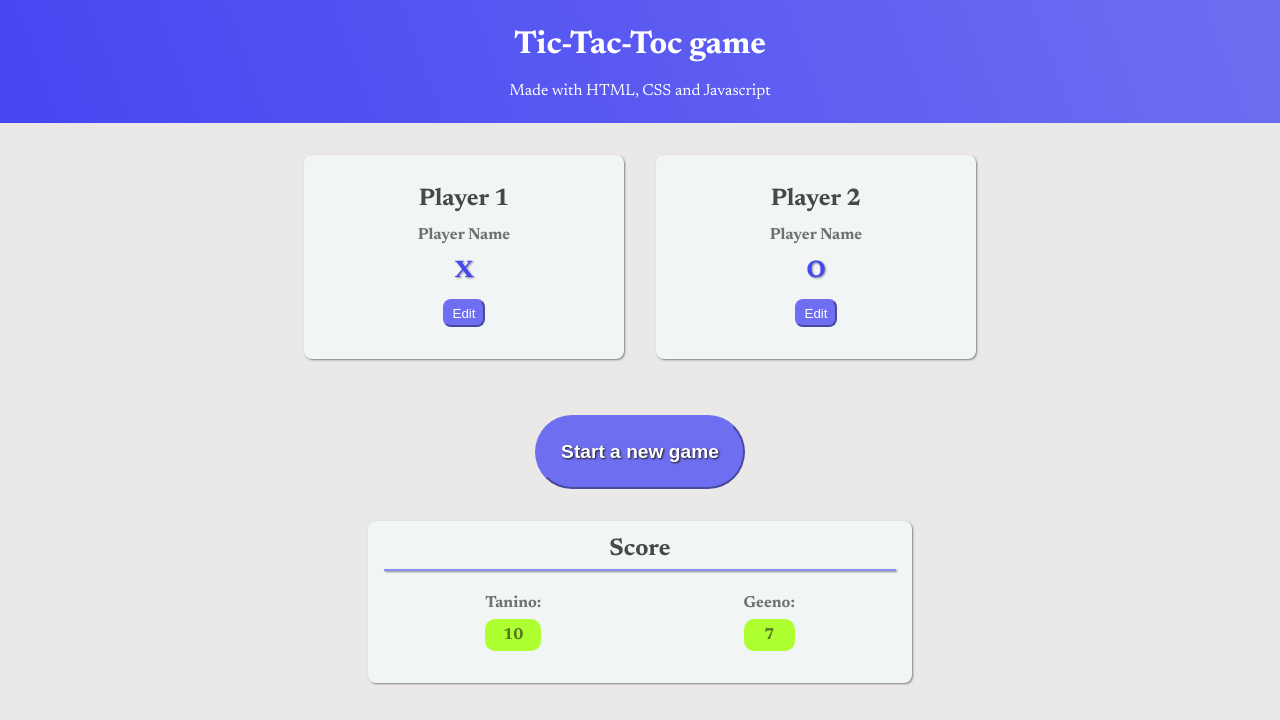
Repository: MicTomm/Tic-tac-toe-game
Page: index.html
These files come from the project's save history. The page is drawn as it stood at one moment and after the next save; the edit follows.
The browser window is 1280 px wide. The pictures show the whole page.

Above is the page before, as saved 2023-06-26 20:22:49.

### index.html
<!DOCTYPE html>
<html lang="en">

<head>
    <meta charset="UTF-8">
    <meta name="viewport" content="width=device-width, initial-scale=1.0">
    <title>Tic-Tac-Toe</title>
    <link rel="preconnect" href="https://fonts.googleapis.com">
    <link rel="preconnect" href="https://fonts.gstatic.com" crossorigin>
    <link href="https://fonts.googleapis.com/css2?family=Newsreader:wght@400;700&display=swap" rel="stylesheet">
    <link href="/styles/styles.css" rel="stylesheet">
    <link href="/styles/overlay.css" rel="stylesheet">
    <link href="/styles/game-configuration.css" rel="stylesheet">
    <link href="/styles/game-execution.css" rel="stylesheet">
    <script src="/scripts/configuration.js" defer></script>
    <script src="/scripts/game.js" defer></script>
    <script src="/scripts/app.js" defer></script>
</head>

<body>
    <div id="back-drop"></div>
    <header id="main-header">
        <h1>Tic-Tac-Toc game</h1>
        <p>Made with HTML, CSS and Javascript</p>
    </header>
    <main>
        <aside id="aside-container">
            <header id="id=" aside-header>
                <h2>Chose your name</h2>
            </header>
            <form>
                <div id="aside-input-container">
                    <label for="choosing-player-name" id="choosing-player-name-label">Player name</label>
                    <input type="text" id="choosing-player-name" name="player-name" required>
                    <div id="input-validation-error-container">
                        <svg xmlns="http://www.w3.org/2000/svg" fill="none" viewBox="0 0 24 24" stroke-width="1.5"
                            stroke="currentColor" class="w-6 h-6">
                            <path stroke-linecap="round" stroke-linejoin="round"
                                d="M12 9v3.75m9-.75a9 9 0 11-18 0 9 9 0 0118 0zm-9 3.75h.008v.008H12v-.008z" />
                        </svg>
                        <p id="input-validation-error"></p>
                    </div>

                </div>
                <div id="aside-buttons-container">
                    <button type="button" class="btn alternative-btn" id="cancel-btn">
                        Cancel
                    </button>
                    <button type="submit" class="btn">Confirm</button>
                </div>
            </form>
        </aside>
        <section id="game-configuration">
            <div id="game-configuration-container">
                <article>
                    <div id="player1-container">
                        <h2>Player 1</h2>
                        <p id="player1-name">Player Name</p>
                        <p class="symbol">X</p>
                        <button id="edit-p1-btn" class="btn" data-playerid="1">Edit</button>
                    </div>
                </article>
                <article>
                    <div id="player2-container">
                        <h2>Player 2</h2>
                        <p id="player2-name">Player Name</p>
                        <p class="symbol">O</p>
                        <button id="edit-p2-btn" class="btn" data-playerid="2">Edit</button>
                    </div>
                </article>
            </div>
            <div id="start-game-container">
                <button type="button" id="start-game-btn" class="btn">Start a new game</button>
            </div>
        </section>

        <div id="score-container">

            <h2>Score</h2>
            <hr>
            <div id="score-players-div">
                <div id="p1-score">
                    <p>Tanino: <span>10</span></p>
                </div>
                <div id="p2-score">
                    <p>Geeno: <span>7</span></p>
                </div>
            </div>
        </div>
        <section id="game-execution">



            <article id="game-over">
                <h2>You won, <span id="winner-player-name">PLAYER NAME</span>!</h2>
                <p>Click the "Start New Game" button above, to start a new game!</p>
            </article>

            <p id="p-turn">It's your turn <span id="active-player-name">PLAYER NAME</span> !</p>
            <ol id="game-board">
                <li value="1"></li>
                <li value="2"></li>
                <li value="3"></li>

                <li value="4"></li>
                <li value="5"></li>
                <li value="6"></li>

                <li value="7"></li>
                <li value="8"></li>
                <li value="9"></li>
            </ol>
        </section>
        </section>
    </main>

</body>

</html>

### styles/styles.css
body {
    margin: 0;
    background-color: rgb(235, 232, 232);
    font-family: 'Newsreader', serif;
    color: rgb(27, 27, 27);
}

h2 {
    margin: 0rem;
    color: rgb(27, 27, 27, 0.8);
    text-shadow: .5px .5px 1px rgba(255, 255, 255, 0.5);
}

#main-header {
    background: linear-gradient(70deg, rgb(70, 70, 242), rgb(110, 110, 241));
    color: white;
    padding: 0.5rem 5%;
    text-align: center;
}

.btn {
    background-color: rgb(110, 110, 241);
    border-color: rgb(110, 112, 241);
    color: white;
    border-radius: 8px;
    padding: 0.3rem 0.5rem;
    cursor: pointer;
}

.alternative-btn {
    background-color: rgb(223, 223, 239);
    border-color: transparent;
    color: rgb(27, 27, 27);
    margin: 0.5rem;
}

.btn:hover {
    background-color: rgb(127, 127, 233);
    box-shadow: 1px 1px 2px rgb(27, 27, 27);
}

.alternative-btn:hover {
    background-color: rgb(210, 210, 235);
    border-color: rgb(205, 205, 233);
}

aside h2,
aside label {
    color: rgb(110, 110, 241);
    text-shadow: .5px .5px 1px rgb(27, 27, 27, 0.5);
}

form label {
    display: block;
    margin-bottom: .5rem;
}

form input {
    padding: .3rem;
    border-color: transparent;
    border-radius: 8px;
    font-family: inherit;
}

form input:hover,
form input:focus {
    outline: rgb(110, 110, 241) auto 1px;
}

form #aside-buttons-container {
    display: flex;
    flex-flow: row;
    justify-content: center;
    align-items: center;
    margin: .5rem;
}

### styles/overlay.css
#aside-container {
text-align: center;
    background-color: rgb(241, 245, 245);
    width: 90%;
    margin: 0rem auto;
    border-radius: .6rem;
    padding: .5rem 0rem;
    position: fixed;
    top: 25%;
    left: 5%;
    display: none;
}

#back-drop {
    background-color: rgba(86, 78, 78, 0.5);
    width: 100%;
    height: 100%;
    position: fixed;
    display: none;
}

aside h2,
aside label {
    color: rgb(110, 110, 241);
    text-shadow: .5px .5px 1px rgb(27, 27, 27, 0.5);
}

form label {
    display: block;
    margin-bottom: .5rem;
}

.choosing-player-name-label-error{
    color: red;
}

form input {
    padding: .3rem;
    border-color: transparent;
    border-radius: 8px;
    font-family: inherit;
    font-weight: 700;
    color: rgb(27, 27, 27, 0.7);
    text-align: center;
    width: 40%;
    margin: .1rem 30%;
}

.choosing-player-name-error{
    border-color:red;
    background-color: rgb(244, 183, 183);
}

form input:hover,
form input:focus {
    outline: rgb(110, 110, 241) auto 1px;
}

form #aside-buttons-container {
    display: flex;
    flex-flow: row;
    justify-content: center;
    align-items: center;
    margin: .5rem;
}

#input-validation-error-container{
    height: 1rem;
    width: 40%;
    margin: .1rem 30%;
    display: none;
    color: red;
}

#input-validation-error{
    font-size: .8rem;
    margin: 0 0 0 .2rem;
    padding-top: 0.2rem;
}

svg{
    height: 1rem;
    width: 1rem;
}

@media (min-width: 48rem) {

    #aside-container {
        position: fixed;
        top: 25%;
        left: calc(50% - 20rem);
        width: 40rem;
    }

}

### styles/game-configuration.css
#game-configuration{
    display: flex;
    flex-flow: column;
    align-items: center;
    margin: 2rem auto;
    width: 90%;
}

#game-configuration-container{
    display: flex;
    flex-flow: row;
    justify-content: center;
    align-items: center;
    margin-bottom: 3.5rem;
}

#player1-container,
#player2-container{
    background-color: rgb(241, 245, 245);
    margin: 0rem 1rem;
    padding: 2rem 0rem;
    display: flex;
    flex-flow: column;
    justify-content: center;
    align-items: center;
    width: 20rem;
    border-radius: 8px;
    box-shadow: 1px 1px 2px rgb(27, 27, 27, 0.5);
}

#game-configuration p{
    color: rgb(27, 27, 27, 0.6);
    font-weight: bold;
}

#game-configuration .symbol{
    margin: 0rem 0rem 1rem 0rem;
    font-weight: 700;
    font-size: 1.5rem;
    color: rgb(70, 70, 242);
    text-shadow: 1px 1px 2px rgb(27, 27, 27, 0.5);
}

#start-game-container{
    display: block;

}

#start-game-btn{
    padding: 1.5rem;
    border-radius: 20rem;
    font-size: 1.2rem;
    font-weight: 700;
    text-shadow: 1px 1px 2px rgb(27, 27, 27);
    cursor: pointer;
}

#start-game-btn:hover{
    background: linear-gradient(70deg, rgb(152, 228, 40), rgb(70, 70, 242));
}

### styles/game-execution.css
hr{
    border: .02rem solid rgb(143, 143, 242);
    box-shadow: 1px 1px 2px rgb(27, 27, 27, 0.5);
}

#game-execution{
    width: 90%;
    margin: 2rem auto;
    text-align: center;
    display: none;
}

#game-over{
    display: none;
    margin: 0rem auto;
    padding: 1rem;
    background: linear-gradient(70deg, rgb(68, 68, 248), rgb(143, 143, 242));
    border-radius: 10px;
    box-shadow: 1px 1px 2px rgb(27, 27, 27, 0.5);
    max-width: 40rem;
}

#game-over p{
    color: white;
    text-shadow: .5px .5px 1px rgb(27, 27, 27, 0.5);
    font-weight: 400;
}

#p-turn{
    color: rgb(67, 74, 67);
    font-weight: 700;
    font-size: 1.5rem;
    text-shadow: .5px .5px 1px rgb(27, 27, 27, 0.8);
    display: none;
}

#active-player-name{
    color: rgb(38, 177, 38);
}

#game-board{
    display: none;
    justify-content: center;
    grid-template-columns: repeat(3, 6rem); /*lo stesso che scrivere 6rem 6rem 6rem*/
    grid-template-rows: repeat(3, 6rem);
    list-style: none;
    gap: .5rem;
    padding: 0rem;
}

#game-execution li{
    background-color: rgb(143, 143, 242);
    display: flex;
    justify-content: center;
    align-items: center;
    color: rgb(27, 27, 27, 0.5)l;
    font-weight: 700;
    text-shadow: .5px .5px 1px rgb(255, 255, 255, 0.7);
    font-size: 2rem;
    border-radius: 8px;
    cursor: pointer;
}

#game-execution li:hover{
    background-color: rgb(68, 68, 248);
    text-shadow: .5px .5px 1px rgb(27, 27, 27);
    color: white;
}

#game-execution li.disabled{
    background-color: rgb(68, 68, 248);
    text-shadow: .5px .5px 1px rgb(27, 27, 27);
    cursor: default;
    color: white;
}

#score-container{
    text-align: center;
    background-color: rgb(241, 245, 245);
    border-radius: 8px;
    padding: 1rem;
    box-shadow: 1px 1px 2px rgb(27, 27, 27, 0.5);
    width: 40%;
    margin: 1rem auto;
}

#score-players-div{
    display: flex;
    justify-content: space-around;
    align-items: center;
}

#score-players-div p{
    color: rgb(27, 27, 27, 0.6);
    font-weight: bold;
}

#score-players-div span{
    display: block;
    margin: .5rem 0rem;
    padding:.5rem 0rem;
    background-color: greenyellow;
    border-radius: 10px;
}

### scripts/configuration.js
function editPlayerConfiguration(event) {
    /**
     * playerid è un attributo che realizzo nel file .html (data-playerid), per gli elementi edit-p1-btn
     * e edit-p2-btn, al fine di tracciare quale dei due button-edit sto cliccando, ed utilizzarne
     * l'identificativo estrapolato in js.
     *
     * Si possono aggiungere più attributi(proprietà) allo stesso elemento.
     *
     * l'attributo si realizza sempre facendo succedere una o più stringhe di testo alla stringa 'data-'.
     * Bisogna scrivere le stringhe tutto in minuscolo perché, se faccio console.dir(event), facendo
     * drilling fino alla voce target, posso constatare che, anche se scrivo in camelcase, l'attributo
     * viene registrato tutto in lowercase.
     *
     * Se voglio scrivere invece che data-playerid, data-player-id, nel codice js devo poi estrapolarlo come:
     * event.target.dataset['player-id']
     */
    const playerIdSelected = event.target.dataset.playerid;
    playerId = playerIdSelected;

    isNotToCancel = false;

    console.log(players[playerId - 1].name);

    if (players[playerId - 1].name){
        inputValidationInput.value = players[playerId - 1].name;
    } else {
        inputValidationInput.value = '';
    }

    console.log(playerId);


    overlay.style.display = 'block';
    backdrop.style.display = 'block';


}

function cancelPlayerConfiguration() {
    overlay.style.display = 'none';
    backdrop.style.display = 'none';
    removeInputError();

    console.log(isNotToCancel);

    if(!isNotToCancel){
        console.log('to cancel');
        players[playerId - 1].name = '';
        console.log(players[playerId - 1].name);

        if(playerId == players[playerId - 1].id){
            player1Name.textContent = 'Player Name';
        } else {
            player2Name.textContent = 'Player Name';
        }
    }
}

function savePlayerConfig(event) {
    /*
    preventDefault() evita che venga eseguito il comportamento di default quando viene inviato
    il form.
    Tale comportamento consiste nell' inviare una richiesta GET al web server che la processerà,
    nel mio caso il server locale.
    */
    event.preventDefault();

    /*
    event è un oggetto js generato automaticamente dal browser al verificarsi di un evento, e che lo
    descrive.
    Con l'attributo target, si punta direttamente all'elemento HTML che ha generato l'evento.
    In questo caso il form, perché è stato il form ad essere inviato.

    new FormData è una built-in function che è resa disponibile direttamente nel browser in js.
    Con 'new', istanzio un oggetto di tipo FormData, e passandogli come parametro il pointer al form,
    posso estrapolare tutte le informazioni submitted che, in HTML presentano l'ttributo 'name' nel
    rispettivo input-element.
    */
    const formData = new FormData(event.target);
    playerName = formData.get('player-name').trim();
    console.log('Player name: ' + playerName);

    /*  Una stringa vuota è un falsy-value
    Una stringa che ha un valore è un truly-value
    Quindi, sto dicendo: se la stringa non è truly
    */
    if (!playerName) {

        inputValidationLabel.classList.add('choosing-player-name-label-error');
        inputValidationInput.classList.add('choosing-player-name-error');

        inputValidationErrorContainer.style.display = 'flex';
        inputValidationErrorContainer.style.flexFlow = 'row';
        inputValidationErrorContainer.style.justifyContent = 'center';
        inputValidationErrorContainer.style.alignItems = 'center';
        inputValidationErrorParagraph.textContent = 'Please, enter valid a name!';
        return;
    }
    else {
        removeInputError();

        players[playerId - 1].name = playerName;


        if (playerId == 1) {
            player1Name.textContent = playerName;
        } else {
            player2Name.textContent = playerName;
        }

        isNotToCancel = true;

        cancelPlayerConfiguration();
    }

}

function removeInputError() {
    inputValidationErrorContainer.style.display = 'none';
    inputValidationInput.classList.remove('choosing-player-name-error');
    inputValidationLabel.classList.remove('choosing-player-name-label-error');
}

### scripts/game.js
function startNewGame() {
    if (players[0].name === '' || players[1].name === '') {
        alert('Please, set a custom player name');
        return;
    }

    gameExecutionSection.style.display = 'block';
    gameBoard.style.display = 'grid';
    gameOver.style.display = 'none';
    pPlayerTurn.style.display = 'block';
    spanPlayerTurn.textContent = players[activePlayer].name;

    if (isGameEnded) {
        gameOver.style.display = 'none';
        pPlayerTurn.style.display = 'block';

        p1SelectedFieldSet.length = 0;
        p2SelectedFieldSet.length = 0;
        for (const cell of gameBoardCells) {
            cell.classList.remove('disabled');
            cell.textContent = '';
            cell.style.cursor = 'pointer';
            cell.addEventListener('click', fillingCell);
        }
    }

}

function fillingCell(event) {
    event.target.classList.add('disabled');
    event.target.textContent = players[activePlayer].symbol;
    playerTurnCounter++;

    //stabilisco il turno del giocatore
    if (activePlayer === 0) {
        p1SelectedFieldSet.push(event.target.value);

        if (playerTurnCounter >= 5) {

            executingTurns(p1SelectedFieldSet, 0);

        }
        activePlayer = 1;

    } else {
        p2SelectedFieldSet.push(event.target.value);

        if (playerTurnCounter >= 5) {

            executingTurns(p2SelectedFieldSet, 1);

        }

        activePlayer = 0;
    }

    //aggiorno il nome del player per il prossimo turno, e rendo la cella marcata non più cliccabile
    spanPlayerTurn.textContent = players[activePlayer].name;
    event.target.removeEventListener('click', fillingCell);

    console.log(p1SelectedFieldSet);
    console.log(p2SelectedFieldSet);

}

function executingTurns(array, playerIndex) {
    for (const solution in solutions) {
        console.log('solutions: ' + solution);
        matches = 0;
        for (const s of solutions[solution]) {
            console.log('s: ' + s);
            for (const selectedField of array) {

                if (s == selectedField) {
                    matches++;
                    console.log('s: ' + s + ' == selectedField: ' + selectedField);
                    break;
                }

            }
        }
        if (matches == 3) {
            console.log('hai vinto');
            gameOver.style.display = 'block';
            pPlayerTurn.style.display = 'none';
            winnerPlayerName.textContent = players[playerIndex].name;

            for (const cell of gameBoardCells) {
                cell.style.cursor = 'default';
                cell.removeEventListener('click', fillingCell);
            }
            isGameEnded = true;
            return;
        }
    }

}

### scripts/app.js
/*
    E' possibile puntare ad una function presente in una altro file .js
    Affinché ciò sia possibile, bisogna importare nel file .htm prima il file.js in cui è definita la
    function e successivamente il .js in cui la si utilizza.
*/
console.dir(document.body);
let playerId = 0;
let playerName;
let isNotToCancel = false;
let activePlayer = 0;
let playerTurnCounter = 0;
const p1SelectedFieldSet = [];
const p2SelectedFieldSet = [];
let matches = 0;
let isGameEnded = false;

const players = [
    {
        name: '',
        id: 1,
        symbol: 'X'
    },
    {
        name: '',
        id: 2,
        symbol: 'O'
    }
]

const solutions = {
    s1:[1,2,3],
    s2:[4,5,6],
    s3:[7,8,9],
    s4:[1,4,7],
    s5:[2,5,8],
    s6:[3,6,9],
    s7:[1,5,9],
    s8:[3,5,7]
}

const overlay = document.getElementById('aside-container');
const backdrop = document.getElementById('back-drop');

const editP1Btn = document.getElementById('edit-p1-btn');
const editP2Btn = document.getElementById('edit-p2-btn');
const cancelPConfigurationBtn = document.getElementById('cancel-btn');
const startGameBtn = document.getElementById('start-game-btn');

const form = document.querySelector('form');

const inputValidationErrorContainer = document.getElementById('input-validation-error-container');
const inputValidationLabel = document.getElementById('choosing-player-name-label');
const inputValidationInput = document.getElementById('choosing-player-name');
const inputValidationErrorParagraph = document.getElementById('input-validation-error');

const player1Name = document.getElementById('player1-name');
const player2Name = document.getElementById('player2-name');

const gameExecutionSection = document.getElementById('game-execution');
//const gameExecutionSection = document.querySelector('.game-execution');

const gameBoard = document.getElementById('game-board');
const gameBoardCells = document.querySelectorAll('#game-board li');
const pPlayerTurn = document.getElementById('p-turn');
const spanPlayerTurn = document.getElementById('active-player-name');

const gameOver = document.getElementById('game-over');
const winnerPlayerName = document.getElementById('winner-player-name');


editP1Btn.addEventListener('click', editPlayerConfiguration);
editP2Btn.addEventListener('click', editPlayerConfiguration);
cancelPConfigurationBtn.addEventListener('click', cancelPlayerConfiguration);
form.addEventListener('submit', savePlayerConfig);
startGameBtn.addEventListener('click', startNewGame);

for (const cell of gameBoardCells){
    cell.addEventListener('click', fillingCell);
}

After the next save:
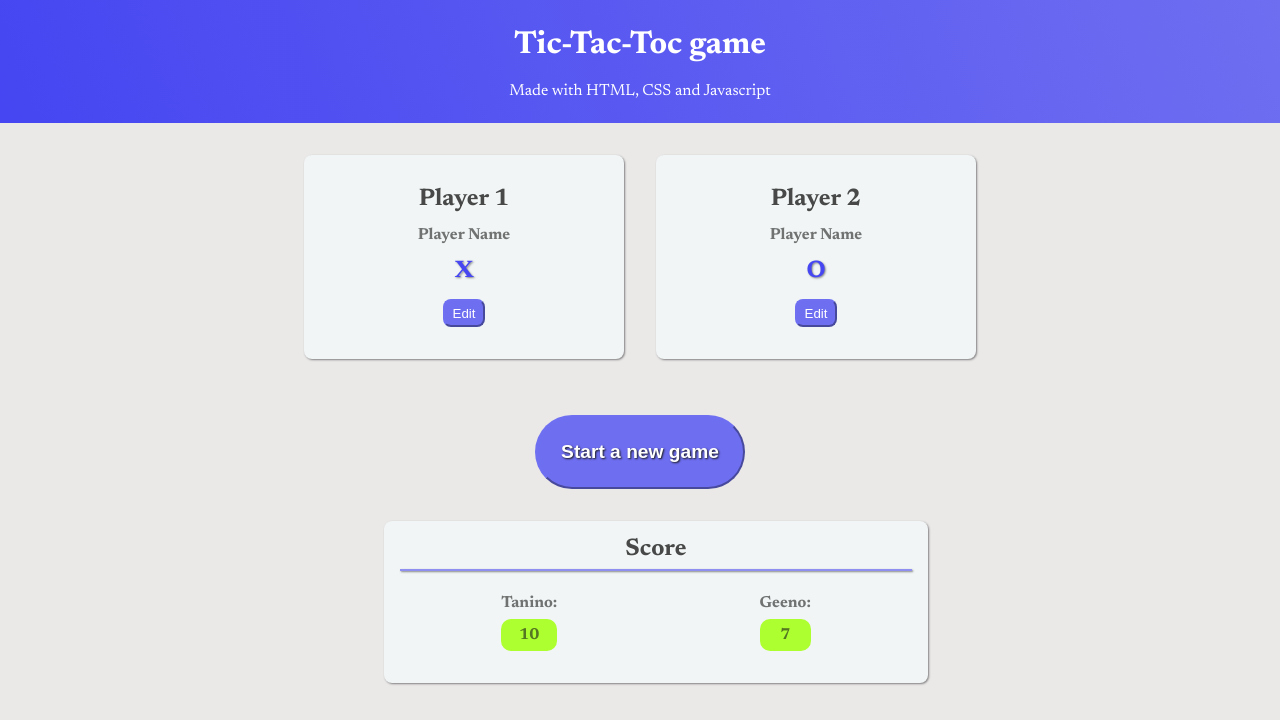
Saved 59 s later.
--- a/styles/game-execution.css
+++ b/styles/game-execution.css
@@ -81,7 +81,7 @@
     padding: 1rem;
     box-shadow: 1px 1px 2px rgb(27, 27, 27, 0.5);
     width: 40%;
-    margin: 1rem auto;
+    margin: 1rem 30%;
 }
 
 #score-players-div{

After the save that followed:
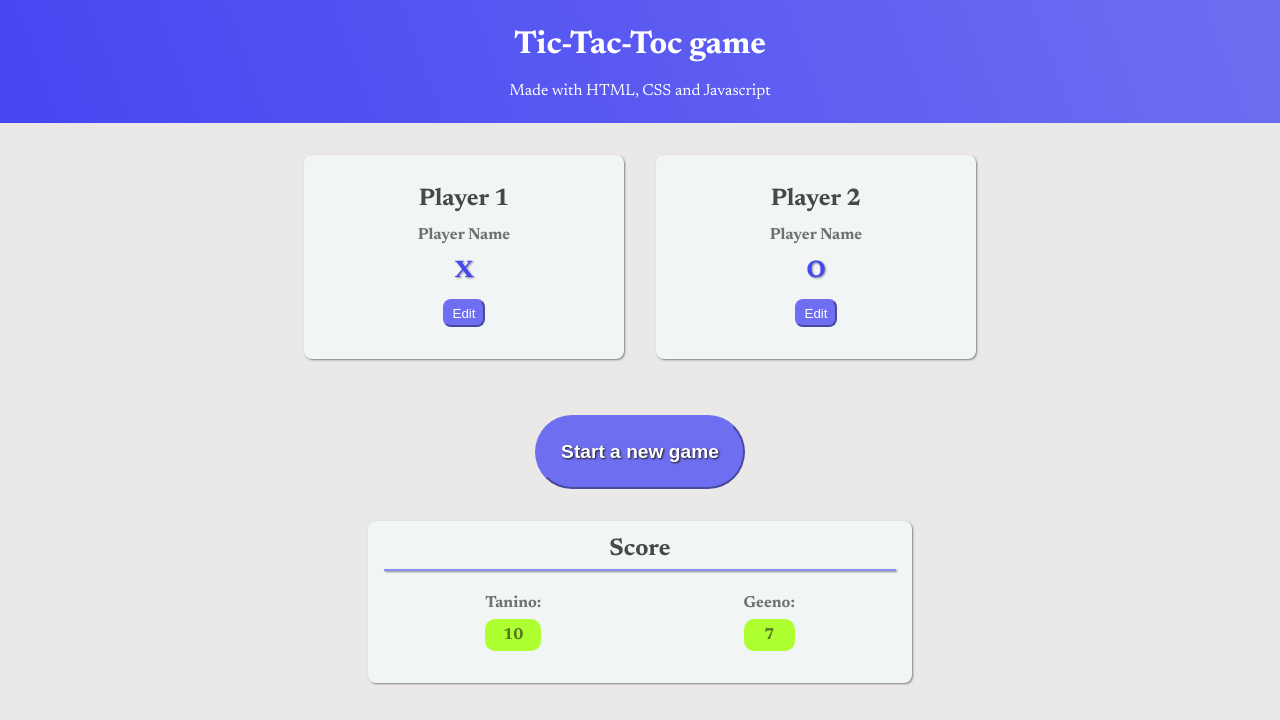
Saved 3 min 38 s later.
--- a/styles/game-execution.css
+++ b/styles/game-execution.css
@@ -81,7 +81,7 @@
     padding: 1rem;
     box-shadow: 1px 1px 2px rgb(27, 27, 27, 0.5);
     width: 40%;
-    margin: 1rem 30%;
+    margin: 1rem auto;
 }
 
 #score-players-div{
